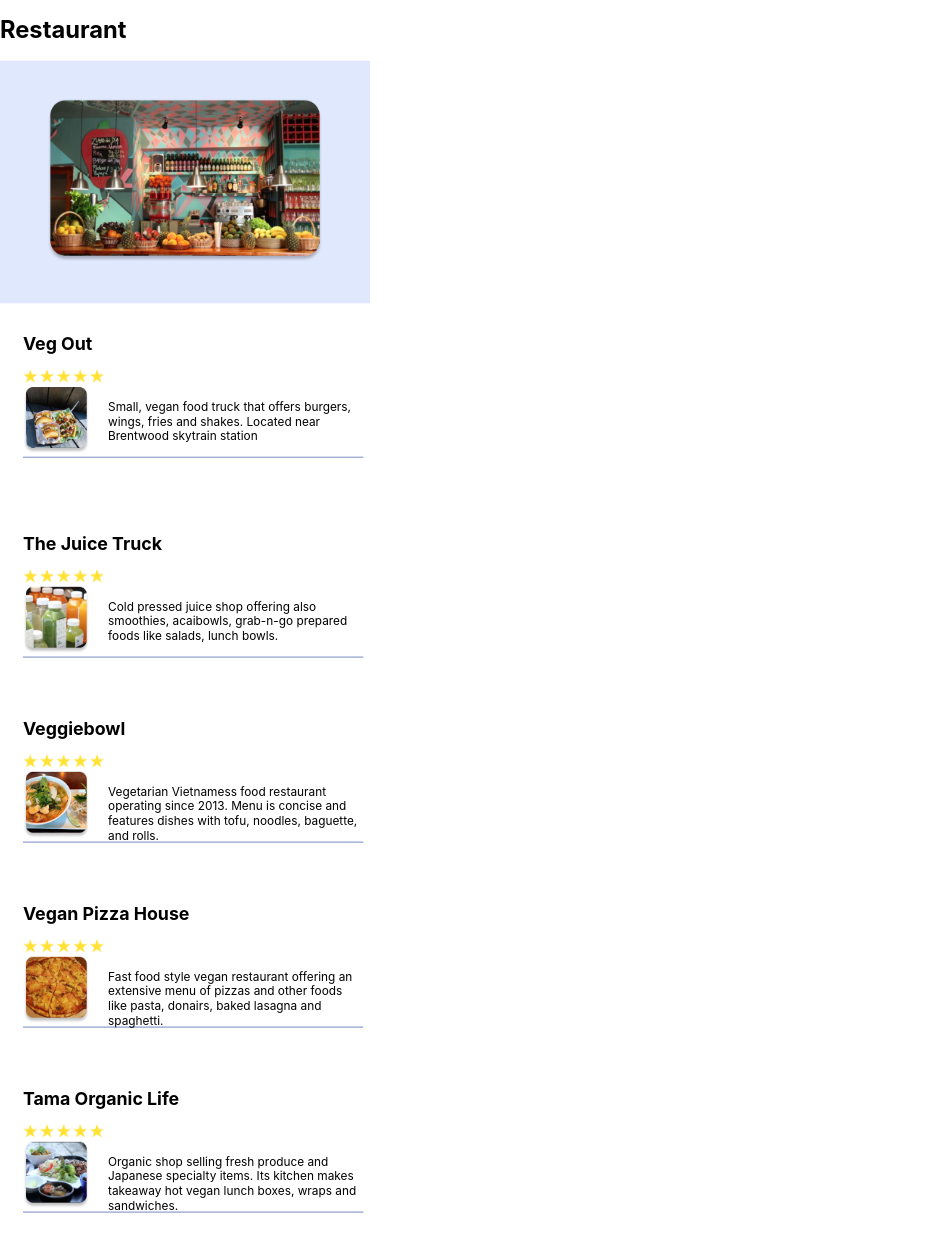
Repository: Kinakopan/design_mindfulEating_site
Page: /restaurant (app in firstapp/)
These files come from the project's save history. The page is drawn as it stood at one moment and after the next save; the edit follows.
The browser window is 1280 px wide. The pictures show the whole page, at 74% of full size.
The project was rebuilt for these pictures with package versions that can differ from the ones it lists, and the page was loaded fresh each time. The framework's server and built-in components were replaced by stand-ins that run in the browser. Also part of the build but not shown: firstapp/next.config.js.

Above is the page before, as saved 2022-04-20 23:35:41.

### firstapp/pages/restaurant.js
import ImgCard from "../comps/ImgCard";
import RestaurantCard from "../comps/RestaurantCard";



export default function Restaurant(){

    return (
    <div>
        <h1>Restaurant</h1>

        <ImgCard
        img="/restaurant.png"
        bg="#E0E8FD"/>


    <main>
        <RestaurantCard>
        </RestaurantCard>
        <br></br>

        <RestaurantCard
            img="/juice truck.png"
            h2="The Juice Truck"
            txt="Cold pressed juice shop offering also smoothies, acaibowls, grab-n-go prepared foods like salads, lunch bowls."
        ></RestaurantCard>

        <RestaurantCard
            img="/veggie bowl.png"
            h2="Veggiebowl"
            txt="Vegetarian Vietnamess food restaurant operating since 2013. Menu is concise and features dishes with tofu, noodles, baguette, and rolls."
        ></RestaurantCard>

         <RestaurantCard
            img="/vegan pizza.png"
            h2="Vegan Pizza House"
            txt="Fast food style vegan restaurant offering an extensive menu of pizzas and other foods like pasta, donairs, baked lasagna and spaghetti."
        ></RestaurantCard>

        <RestaurantCard
            img="/Tama img.png"
            h2="Tama Organic Life"
            txt="Organic shop selling fresh produce and Japanese specialty items. Its kitchen makes takeaway hot vegan lunch boxes, wraps and sandwiches."
        ></RestaurantCard>


    </main>
    </div>

    )
}

### firstapp/comps/ImgCard.js
import { Children } from 'react';
import styled from 'styled-components';

const CardCont = styled.div`
    background-color: ${props=>props.cl};
    color: ${props=>props.text_cl};
    min-width: 375px;
    max-width: 500px;
    padding: 1em 3em 1em 3em;
    border-radius: ${props=>props.border_radius};
    margin: ${props=>props.margin};
`;

const DispImage = styled.img`
    width: 100%;
    padding: 1em;
    margin: ${props=>props.image_margin};
`;

const List = styled.div`
    text-align: right;
`;

export default function ImgCard({
    img="/food1.png",
    bg="#E0E8FD",
    tcl="#08213E",
    title="",
    txt="",
    bor="",
    mar="",
    n1,n2,n3,n4="",
    marg="",
    Children=null

}){

    return <CardCont cl={bg} text_cl={tcl} border_radius={bor} margin={mar}>
        <h1>{title}</h1>
        <DispImage src={img} image_margin={marg}/>
        <br/>
        <List>
            <h2>{n1}</h2>
            <h2>{n2}</h2>
            <h2>{n3}</h2>
            <h2>{n4}</h2>
        </List>
        <p>{txt}</p>
        {Children}

    </CardCont>
}

### firstapp/comps/RestaurantCard.js

import styled from 'styled-components';


const ReCont = styled.div`
background-color:white;
width:500px;
align-items: center;
position:relative;
height: 250px;
top:10px;
left: 1px;
padding: 10px 10px 10px 30px;
`
;

const ReImg = styled.img`
width:90px;


`;


const Text = styled.p`
float:right;
width:75%;
font-size: 16px;
text-align: left;
margin: 3 3 3 3;

`
;


const ResItem = styled.div`
border-bottom:2px solid #A2b0d3;
`
;

const Title = styled.h2`
width:250px;

`
;

const Button = styled.img`
top:100px;
background-color:"red";
height:20px;
`


export default function RestaurantCard({
    img="/veg out.png",
    bg="#E0E8FD",
    h2="Veg Out",
    txt="Small, vegan food truck that offers burgers, wings, fries and shakes. Located near Brentwood skytrain station",


}){

    return <ReCont
    cl={bg} txt={txt}>
    <Title>{h2}</Title>
    <Button img src="/start rating.png"></Button>
    <ResItem>

        <ReImg src={img}></ReImg>

        <Text>{txt}</Text>


    </ResItem>


    </ReCont>

}


//export default function RestaurantCard(){
    //return(
   //     <img src="/veg out.png" />
   // )

//}

Loaded but not shown: firstapp/pages/_app.js (common file); firstapp/styles/globals.css (common file)

After the next save:
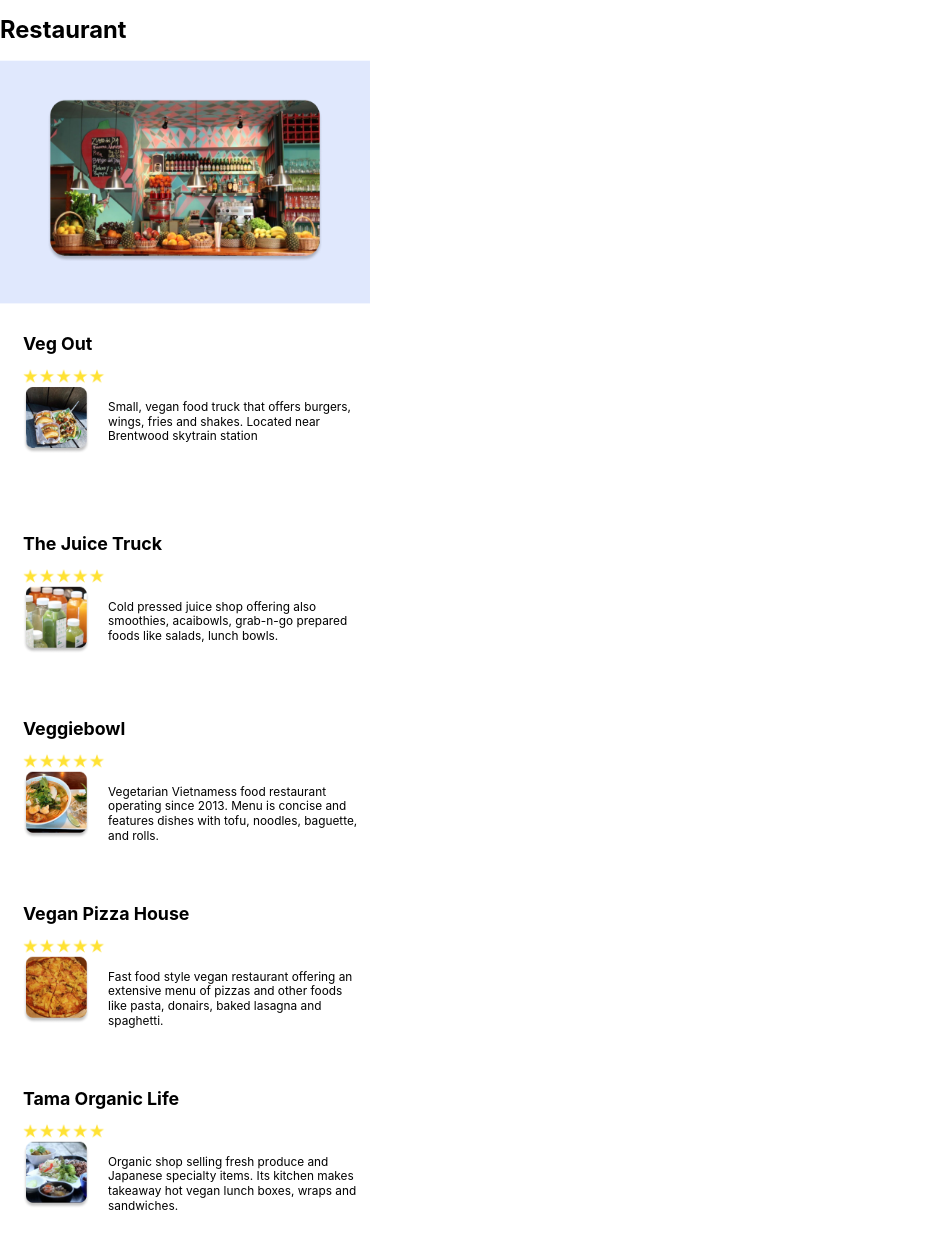
Saved 24 s later.
--- a/firstapp/comps/RestaurantCard.js
+++ b/firstapp/comps/RestaurantCard.js
@@ -34,6 +34,7 @@
 
 const ResItem = styled.div`
 border-bottom:2px solid #A2b0d3;
+border-bottom:0;
 `
 ;
 

After the save that followed:
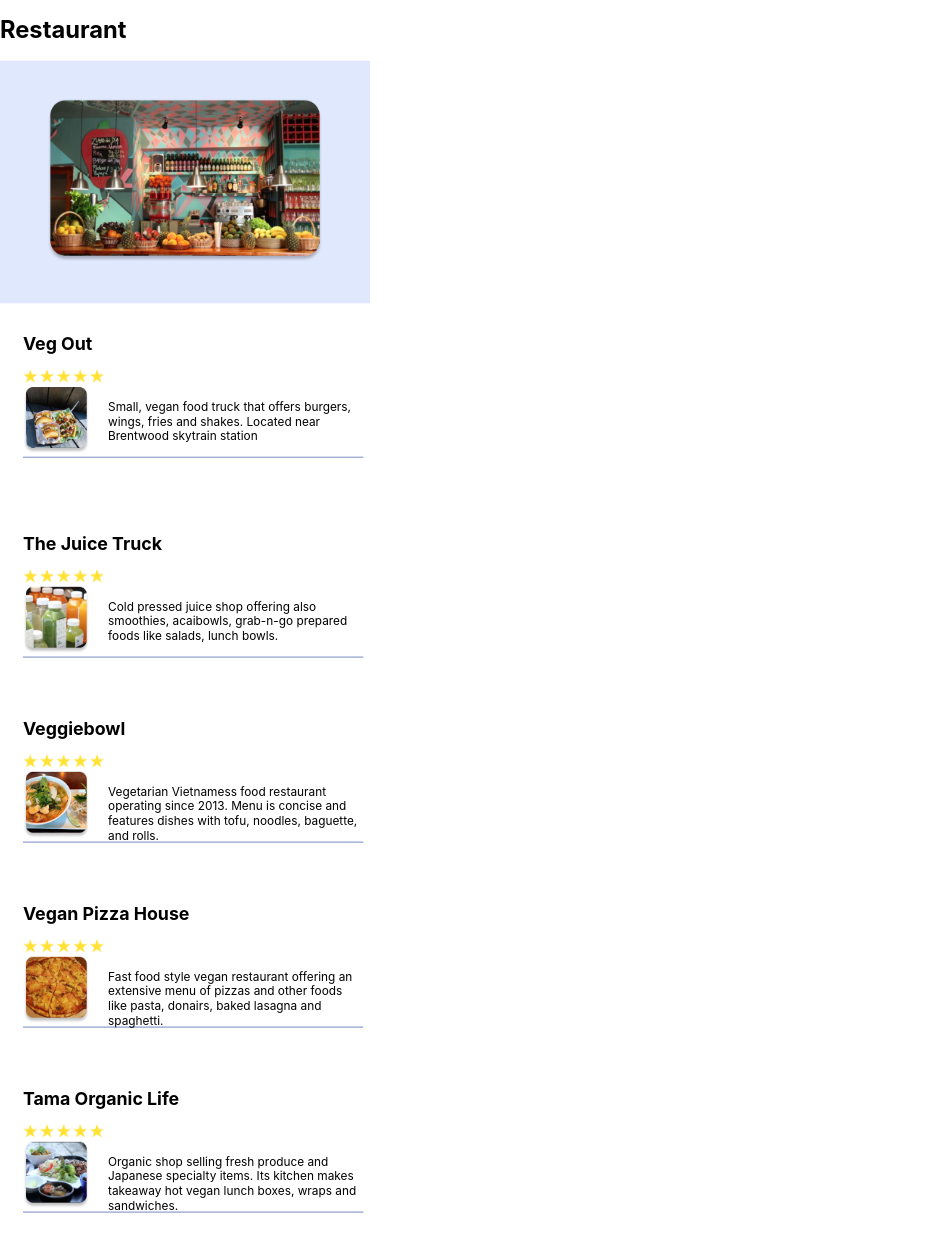
Saved 4 s later.
--- a/firstapp/comps/RestaurantCard.js
+++ b/firstapp/comps/RestaurantCard.js
@@ -34,7 +34,7 @@
 
 const ResItem = styled.div`
 border-bottom:2px solid #A2b0d3;
-border-bottom:0;
+border-bottom:
 `
 ;
 
